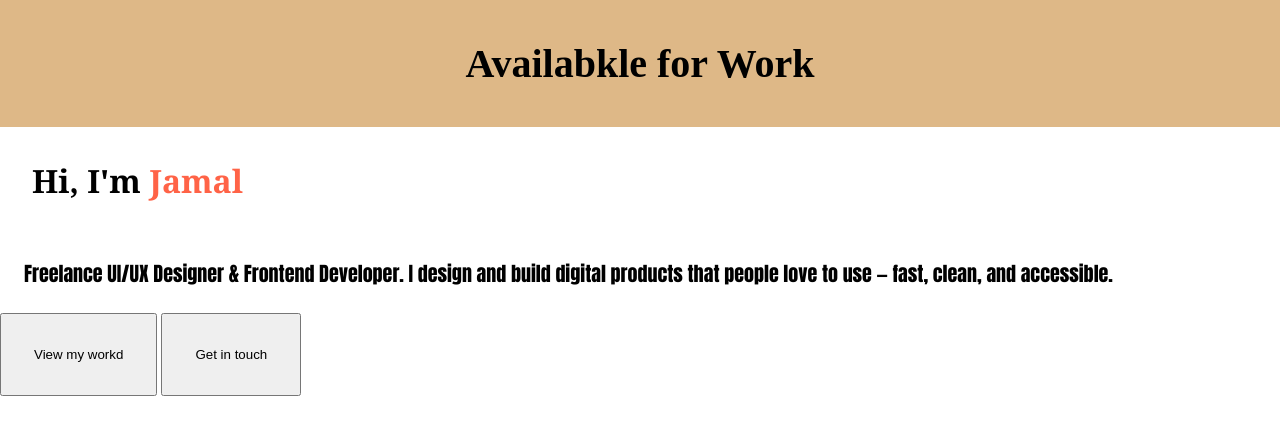
Repository: jamalissef-glitch/exercise1-JS
Page: Exercise33/index.html
The author's editor kept a copy of each file at every save. The page is drawn from the files as they stood at one save, then again after the next save.
The browser window is 1280 px wide. The pictures show the whole page.

Above is the page before, as saved 2026-07-14 17:43:39.

### Exercise33/index.html
<!DOCTYPE html>
<html lang="en">

<head>
 <meta charset="UTF-8">
 <meta name="viewport" content="width=device-width, initial-scale=1.0">
 <title>DOM</title>
</head>

<style>
 * {
  padding: 0;
  margin: 0;
  box-sizing: border-box;
 }

 h3 {
  background-color: burlywood;
  padding: 2.5rem;
  text-align: center;
  font-size: 2.5rem;
  font-weight: bold;
 }

 #head {
  padding: 2rem;
  font-family: Georgia, 'Times New Roman', Times, serif;
  font-size: 2rem;
 }

 #head em {
  color: tomato;
  font-style: normal;
  font-weight: bold;
 }

 .desc {
  padding: 1.5rem;
  align-items: center;
  font-size: 20px;
  font-family: Impact, Haettenschweiler, 'Arial Narrow Bold', sans-serif;
 }

 button {

  padding: 2rem;
 }
</style>

<body>

 <h3>Availabkle for Work</h3>
 <h1 id="head">Hi, I'm <em>Jamal</em></h1>
 <p class="desc">Freelance UI/UX Designer & Frontend Developer. I design and build digital products that people love to
  use — fast,
  clean, and accessible.</p>

 <button>View my workd</button>
 <button>Get in touch</button>


</body>

</html>

After the next save:
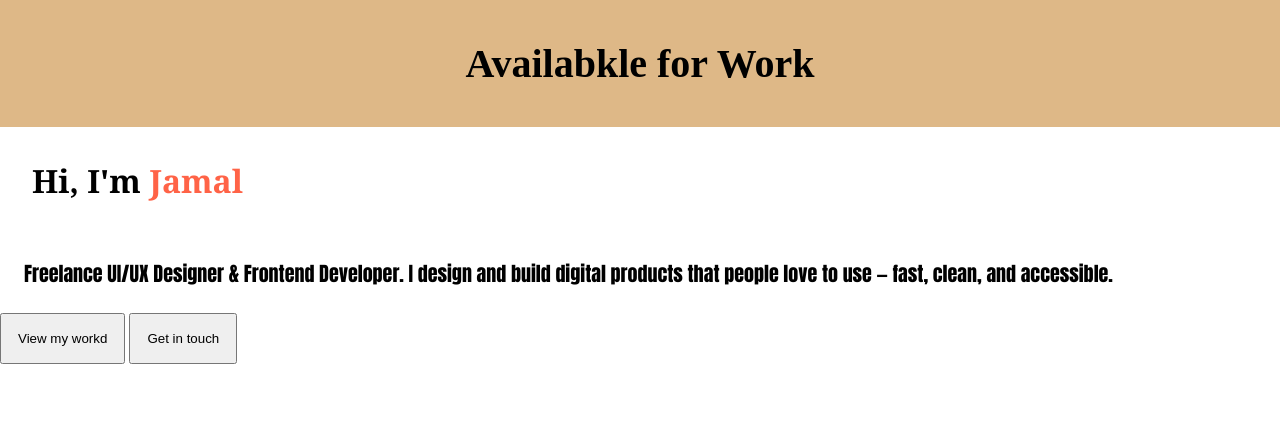
Saved 4 s later.
--- a/Exercise33/index.html
+++ b/Exercise33/index.html
@@ -43,7 +43,7 @@
 
  button {
 
-  padding: 2rem;
+  padding: 1rem;
  }
 </style>
 
